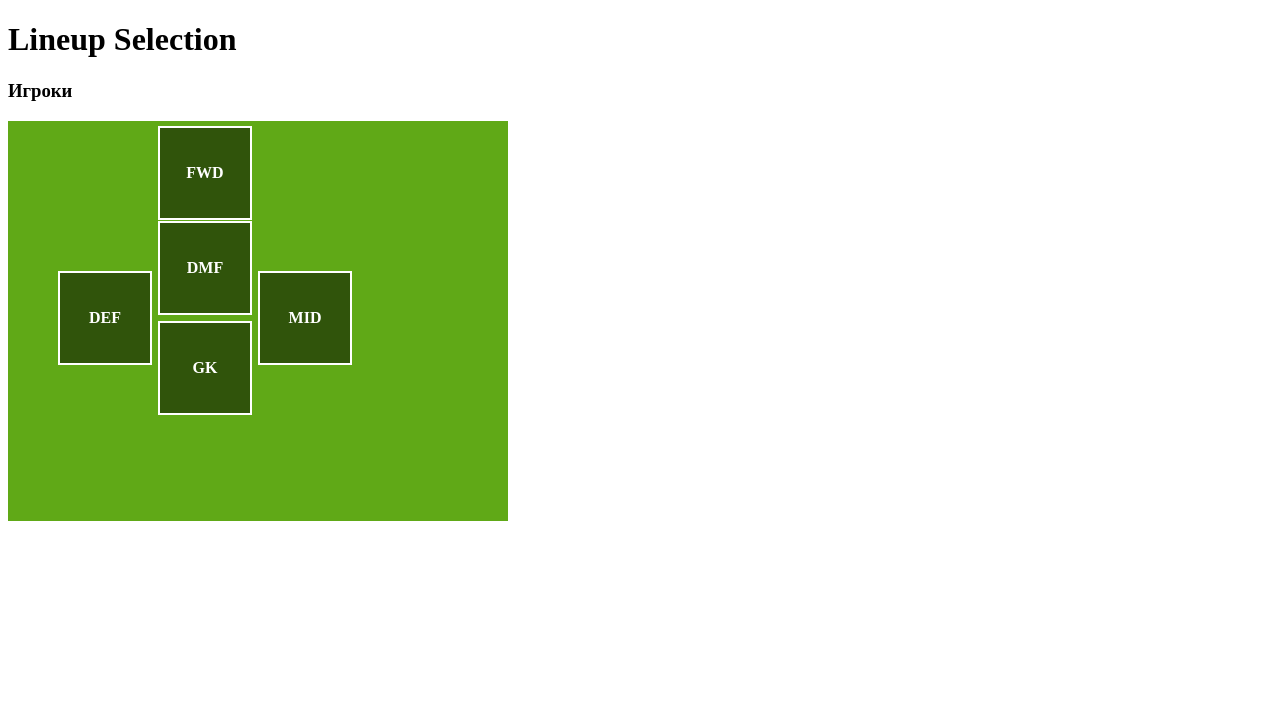
Repository: greatgreek73/soccergame
Page: http://localhost/lineup-selection/
These files come from the project's save history. The page is drawn as it stood at one moment and after the next save; the edit follows.
The browser window is 1280 px wide. The pictures show the whole page.
Some web libraries are served in a nearby version. The page is served by the project's application, run on Django 4.2 (manage.py). A made-up administrator, testuser (Test User, test@example.com), is signed in. Queries for data that is not in the repository find no rows.

Above is the page before, as saved 2024-04-18 20:58:51.

After the next save:
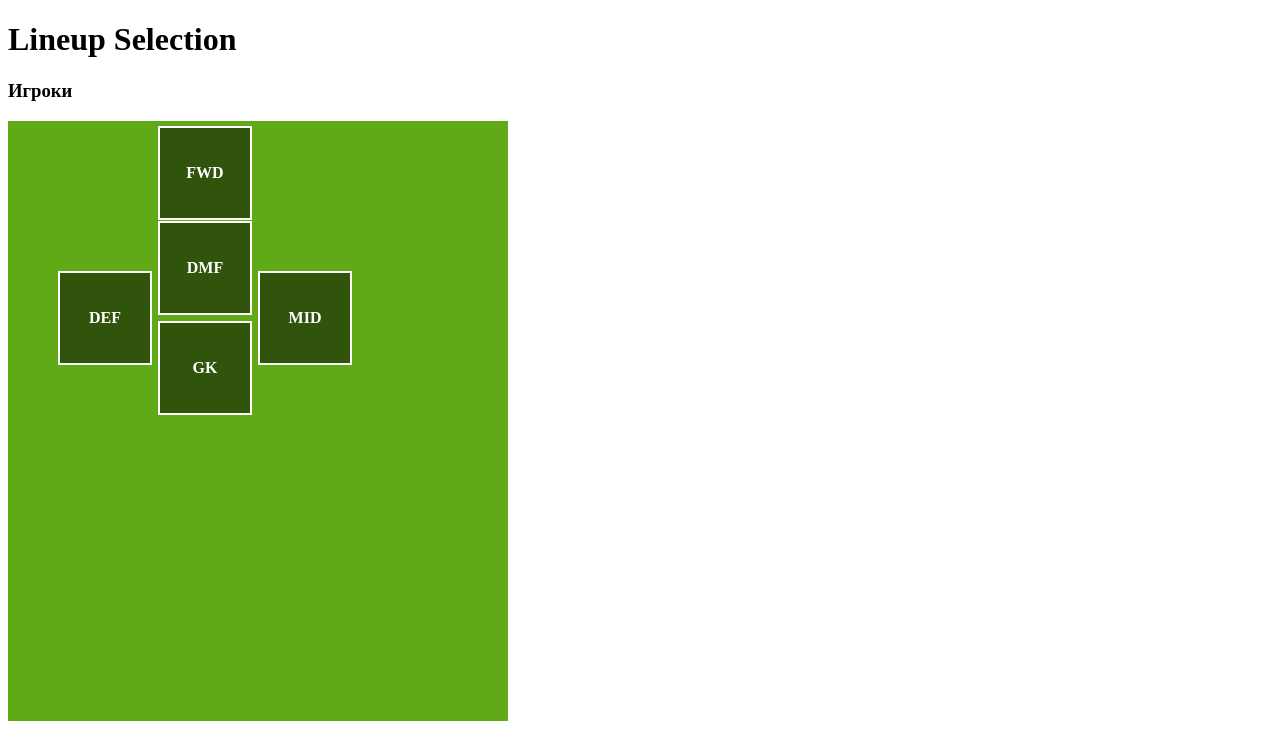
Saved 29 s later.
--- a/players/templates/lineup_selection.html
+++ b/players/templates/lineup_selection.html
@@ -11,7 +11,7 @@
         #field {
             background-color: #60A917;
             width: 500px;
-            height: 400px;
+            height: 600px;
             position: relative;
         }
         .position {
